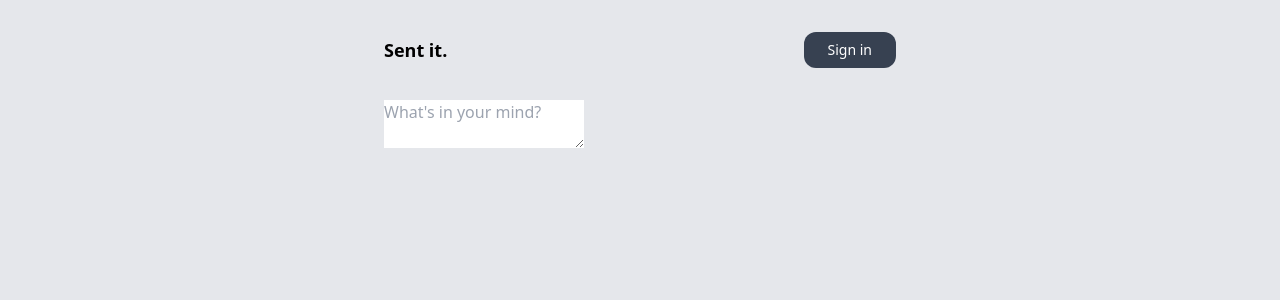
Repository: Saadelfadil/Nextjs_fullstack_app
Page: /
These files come from the project's save history. The page is drawn as it stood at one moment and after a run of saves; the edit follows.
The browser window is 1280 px wide. The pictures show the whole page.
The page's requests for data from a server got no answer. The project was rebuilt for these pictures with package versions that can differ from the ones it lists, and the page was loaded fresh each time. The framework's server and built-in components were replaced by stand-ins that run in the browser. No one was signed in, and anything a server would have sent is missing. Also part of the build but not shown: next.config.js, app/auth/Logged.tsx.

Above is the page before, as saved 2023-02-24 18:25:54.

After the next 4 saves:
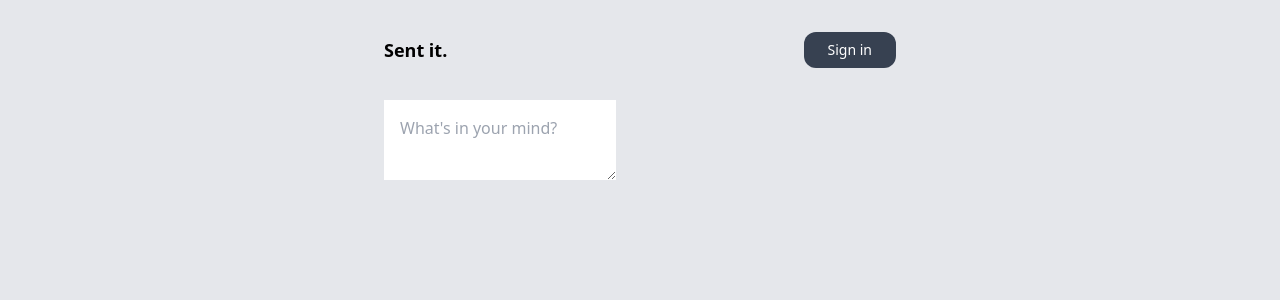
The 4 saves are shown as one change because they came seconds apart.
The last was saved 11 s later.
--- a/app/components/AddPost.tsx
+++ b/app/components/AddPost.tsx
@@ -10,7 +10,9 @@ const AddPost = () => {
             <textarea onChange={(e) => setTitle((pre) => pre = e.target.value)}
             name="title"
             value={title}
-            placeholder={"What's in your mind?"}>
+            placeholder={"What's in your mind?"}
+            className="p-4 "
+            >
             </textarea>
         </div>
     </form>
